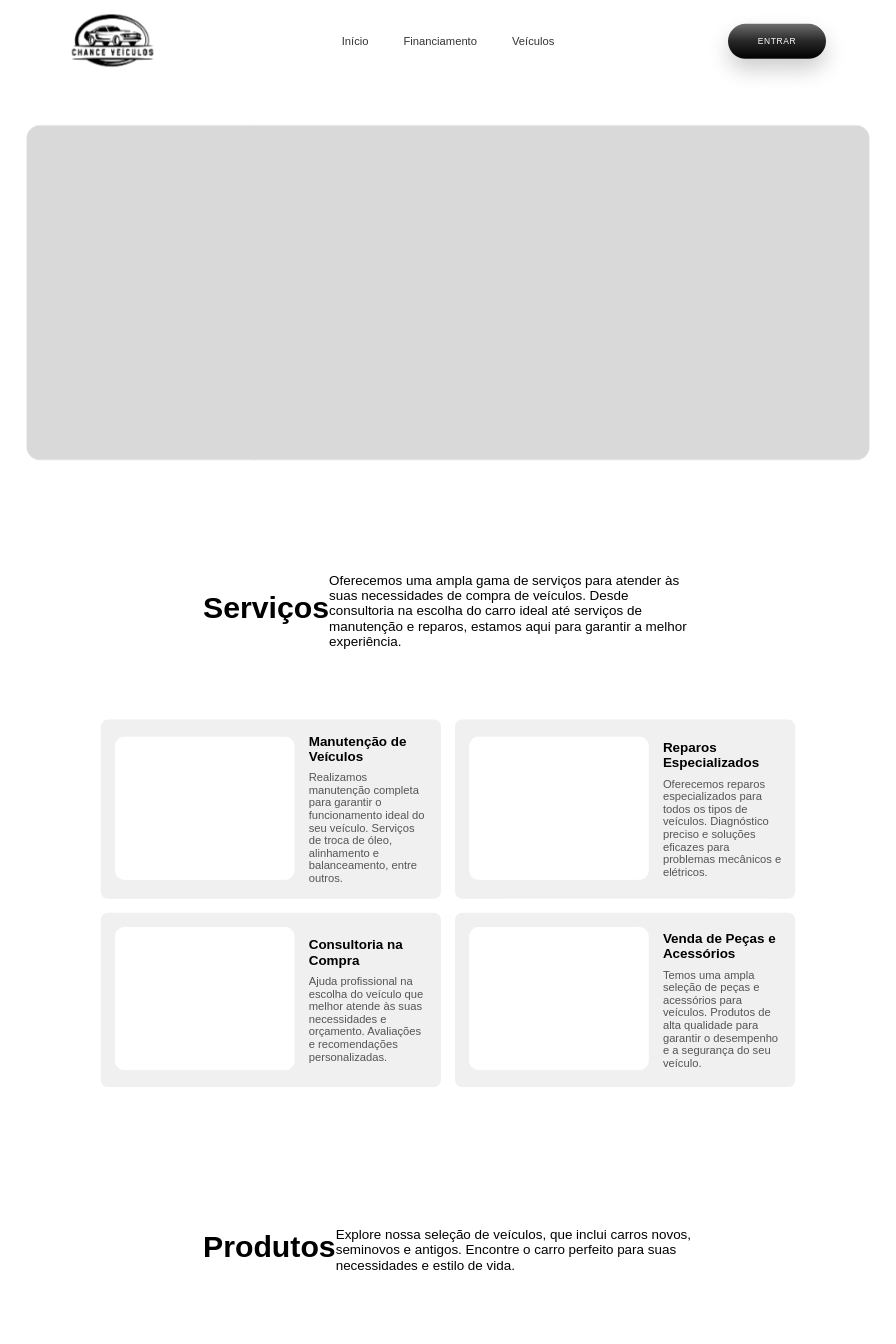
Repository: Matheus904-12/Reforma
Page: index.html
The author's editor kept a copy of each file at every save. The page is drawn from the files as they stood at one save, then again after a run of saves.
The browser window is 1280 px wide. The pictures show the part of the page from y = 0 to 1920 px (the page is 4195 px tall), at 70% of full size.
The pointer rests on the first visible `.logo img`.
Some web libraries are served in a nearby version.

Above is the page before, as saved 2024-08-05 20:21:27.
Console error (its wording comes from the project's code and is left out).

After the next 2 saves:
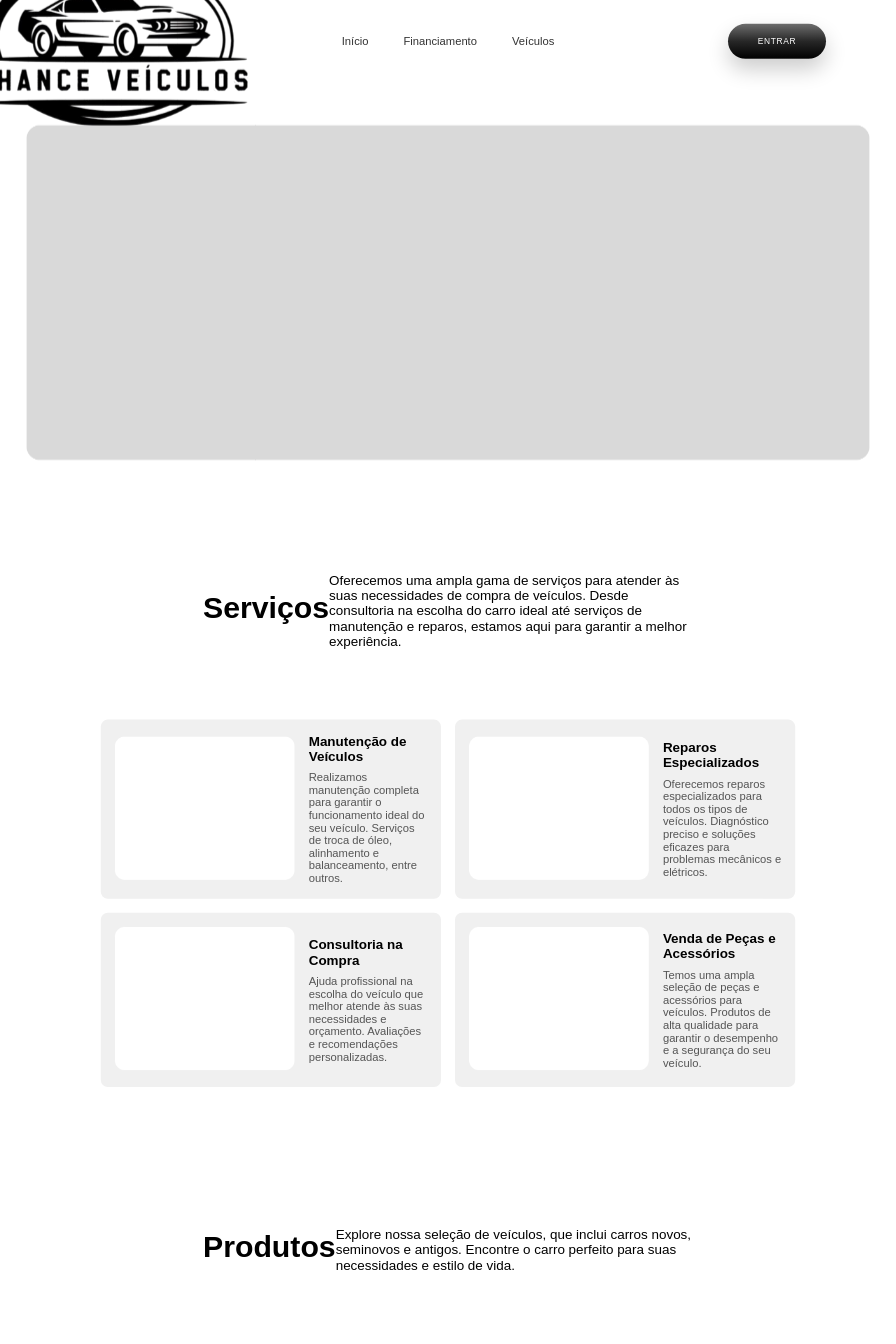
The 2 saves are shown as one change because they came seconds apart.
The last was saved 2 min 29 s later.
--- a/styles.css
+++ b/styles.css
@@ -36,6 +36,10 @@ header {
   transform: scale(0.3); /* Reduz o tamanho para 80% */
   transition: transform 0.3s ease-in-out;
   margin-left: -220px;
+}
+
+.logo img:hover {
+  transform: scale(1); /* Aumenta de volta para 100% ao passar o mouse */
 }
 
 .nav-links {
